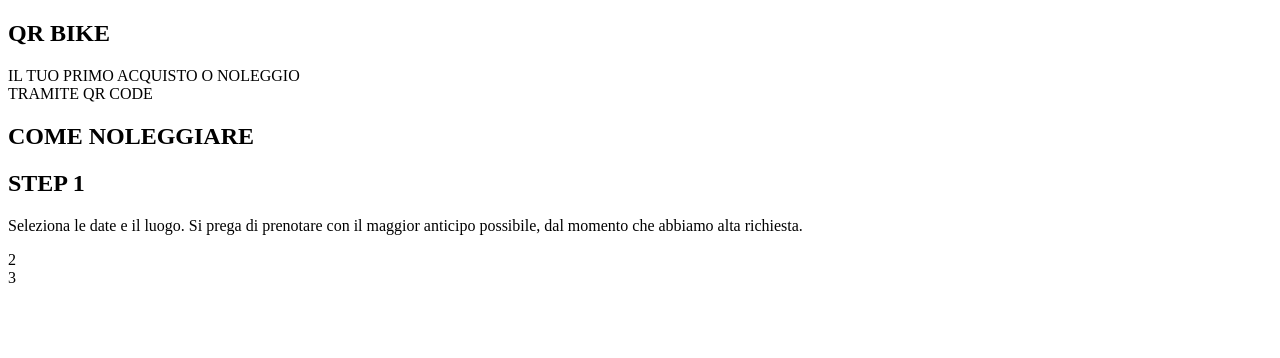
Repository: andrealepori/qrbike
Page: index.html
The author's editor kept a copy of each file at every save. The page is drawn from the files as they stood at one save, then again after the next save.
The browser window is 1280 px wide. The pictures show the whole page.

Above is the page before, as saved 2020-09-16 17:00:47.

After the next save:
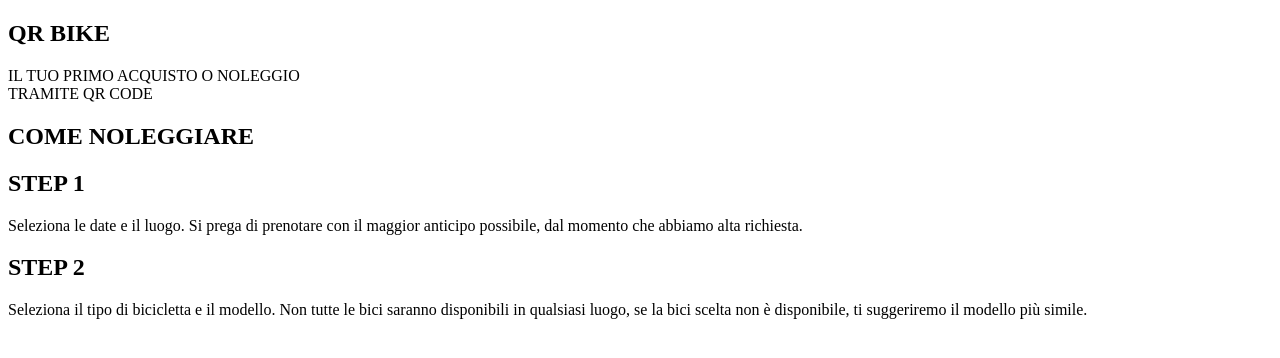
Saved 29 min 14 s later.
--- a/index.html
+++ b/index.html
@@ -60,10 +60,28 @@
 
 
       <p class="nero">
-        Seleziona le date e il luogo. Si prega di prenotare con il maggior anticipo possibile, dal momento che abbiamo alta richiesta. </p>
+        Seleziona le date e il luogo.
+        Si prega di prenotare con il maggior anticipo possibile,
+         dal momento che abbiamo alta richiesta. </p>
     </div>
-    <div class="item-2">2</div>
-    <div class="item-3">3</div>
+    <div class="item-2">
+
+      <h1 class="titoli"><bold>STEP 2</bold> </h1>
+
+
+      <p class="nero">
+        Seleziona il tipo di bicicletta e il modello.
+         Non tutte le bici saranno disponibili in qualsiasi luogo, se la bici scelta non è disponibile,
+        ti suggeriremo il modello più simile.
+        </p>
+
+
+    </div>
+    <div class="item-3">
+
+
+
+    </div>
 
   </section>
 
